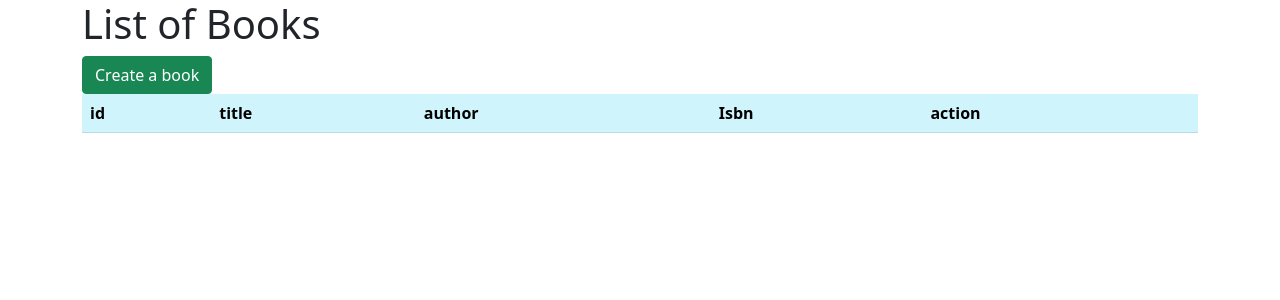
Repository: RaghdaMadiane/django
Page: http://localhost/books/
These files come from the project's save history. The page is drawn as it stood at one moment and after the next save; the edit follows.
The browser window is 1280 px wide. The pictures show the whole page.
The page is served by the project's application, run on Django 3.2 (manage.py). Other server files are loaded and not shown. Queries for data that is not in the repository find no rows.

Above is the page before, as saved 2021-04-22 16:38:28.

### books/templates/books/index.html
{% extends "layout/main.html"%}
{%block body%}
<h1>List of Books<h1>
<table class="table table-striped table-hover" style="width:200rm" >

  <thead>
    <tr>
        <th scope="col" class="table-info">id</th>
     <th scope="col" class="table-info">title</th>
      <th scope="col" class="table-info">author</th>
      <th scope="col" class="table-info">Isbn</th>
      <th scope="col" class="table-info">action</th>

    </tr>
     </thead>
     {%for book in books%}
  <tbody>
    <tr>

      <td >{{book.title}}</td>
      <td>{{book.author}}</td>
      <td >{{book.isbn}}</td>



     <td><a href="{% url 'edit' book.isbn %}" type="button"  class="btn btn-info"> edit </a>
     <a href="{% url 'delete' book.isbn %}" type="button"  class="btn btn-danger"> delete</a></td>
    </tr>
   </tbody>
{% endfor %}
<a  href='create' type="button"  class="btn btn-success"> Create a book </a>
{% endblock %}

### books/templates/layout/main.html
<html>
<head>
<!-- CSS only -->
<link href="https://cdn.jsdelivr.net/npm/bootstrap@5.0.0-beta3/dist/css/bootstrap.min.css" rel="stylesheet" integrity="sha384-eOJMYsd53ii+scO/bJGFsiCZc+5NDVN2yr8+0RDqr0Ql0h+rP48ckxlpbzKgwra6" crossorigin="anonymous">
</head>
<body class="container">
{%block body%}
{% endblock %}
</body>
</html>

### books/views.py
from django.shortcuts import render,redirect
from django.http import HttpResponse
from .forms import BookForm
from .models import Book

def index(request):
    books =Book.objects.all()
    return render(request,"books/index.html",{
        "books":books
    })
def create(request):
    form=BookForm(request.POST or None)
    if form.is_valid():
        form.save()
        return redirect("index")
    return render(request,"books/create.html",{
        "form" : form
    })
def edit(request,isbn):
    book=Book.objects.get(isbn=isbn)
    form =BookForm(request.POST or None, instance=book)
    if form.is_valid():
        form.save()
        return redirect("index")

    return render(request,"books/edit.html",{
        "form" : form,
        "book" : book
    })
def delete(request, isbn):
    book=Book.objects.get(isbn=isbn)
    book.delete()
    return redirect("index")

### book/urls.py
"""book URL Configuration

The `urlpatterns` list routes URLs to views. For more information please see:
    https://docs.djangoproject.com/en/3.2/topics/http/urls/
Examples:
Function views
    1. Add an import:  from my_app import views
    2. Add a URL to urlpatterns:  path('', views.home, name='home')
Class-based views
    1. Add an import:  from other_app.views import Home
    2. Add a URL to urlpatterns:  path('', Home.as_view(), name='home')
Including another URLconf
    1. Import the include() function: from django.urls import include, path
    2. Add a URL to urlpatterns:  path('blog/', include('blog.urls'))
"""
from django.contrib import admin
from django.urls import path
from django.urls import include

urlpatterns = [
    path('admin/', admin.site.urls),
    path('books/',include("books.urls")),
]

### books/urls.py

from django.urls import path
from . import views

urlpatterns = [
   path("",views.index,name='index'),
   path("create",views.create, name='create'),
   path("edit/<str:isbn>",views.edit, name='edit'),
  path('delete/<str:isbn>', views.delete, name='delete'),
]

After the next save:
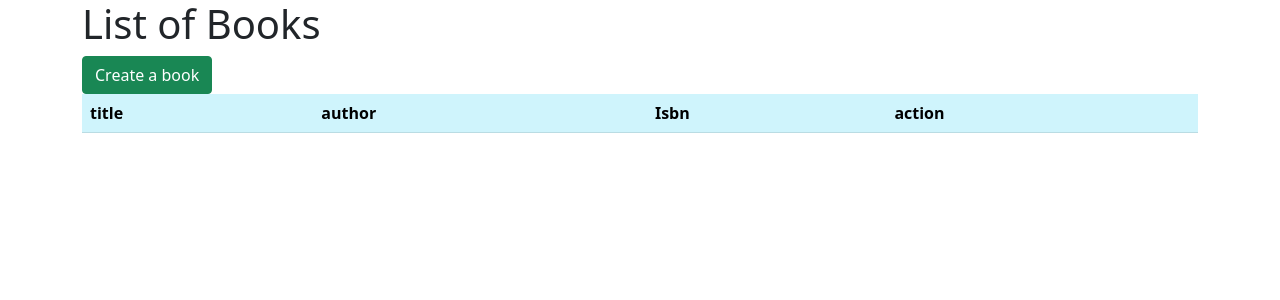
Saved 4 s later.
--- a/books/templates/books/index.html
+++ b/books/templates/books/index.html
@@ -5,7 +5,7 @@
 
   <thead>
     <tr>
-        <th scope="col" class="table-info">id</th>
+
      <th scope="col" class="table-info">title</th>
       <th scope="col" class="table-info">author</th>
       <th scope="col" class="table-info">Isbn</th>
